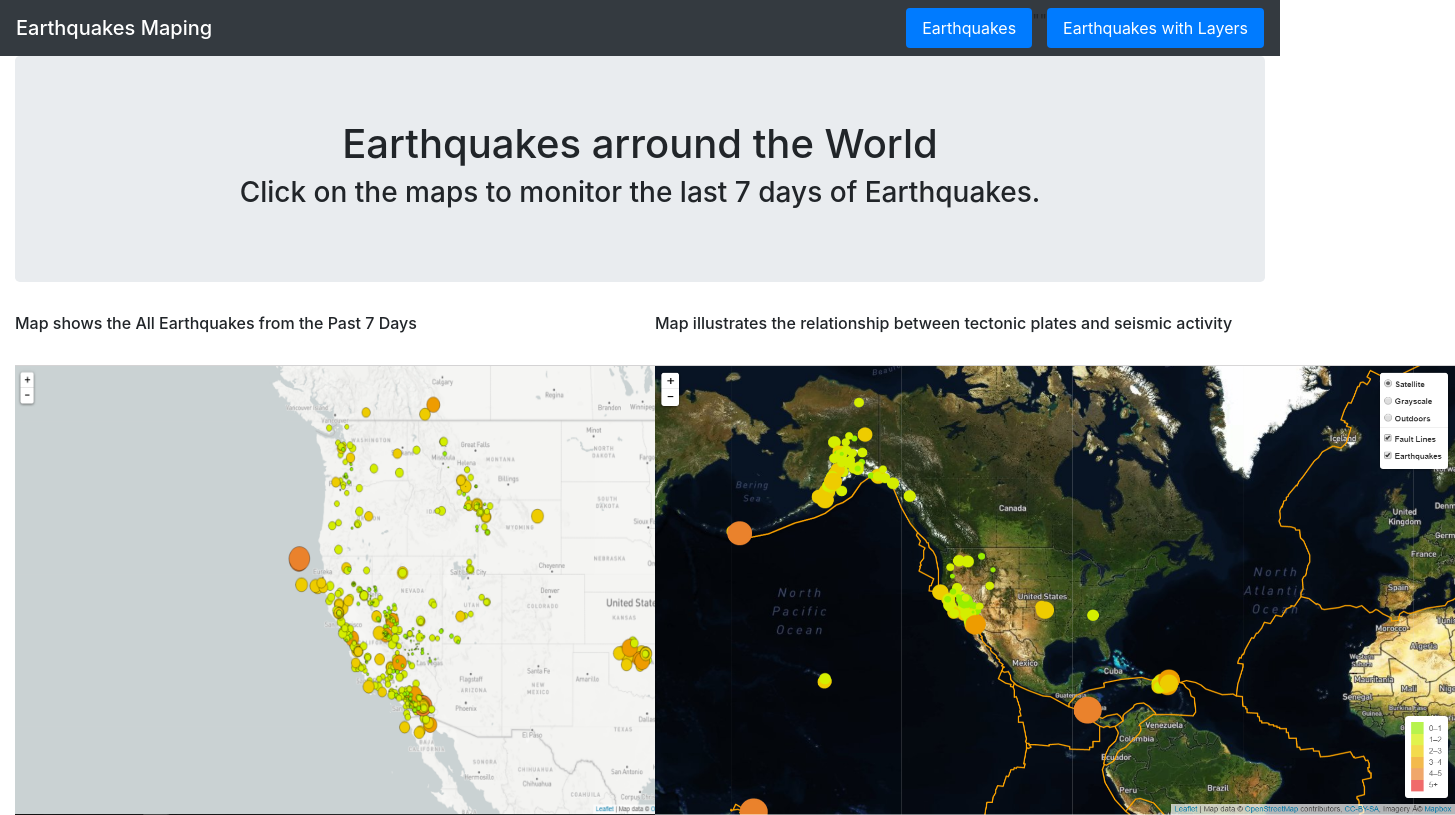
Repository: ermiasgelaye/leaflet-challenge
Page: index.html
An editor plug-in stored every save of this project. The page is shown before and after a run of saves, followed by the edit.
The browser window is 1280 px wide. The page is 1455 px wide, so the pictures cover 1455 px, including what lies to the right of the window. The pictures show the whole page.

Above is the page before, as saved 2020-09-18 22:40:40.

### index.html
<!DOCTYPE html>
<html lang="en">

<head>
    <meta charset="UTF-8" />
    <meta name="viewport" content="width=device-width, initial-scale=1.0" />
    <meta http-equiv="X-UA-Compatible" content="ie=edge" />
    <title>Earthquakes Challenge</title>
    <link rel="stylesheet" href="https://stackpath.bootstrapcdn.com/bootstrap/4.3.1/css/bootstrap.min.css" integrity="sha384-ggOyR0iXCbMQv3Xipma34MD+dH/1fQ784/j6cY/iJTQUOhcWr7x9JvoRxT2MZw1T" crossorigin="anonymous" />

    <!-- jQuery library -->
    <script src="https://ajax.googleapis.com/ajax/libs/jquery/3.4.1/jquery.min.js"></script>
    <link rel="stylesheet" type="text/css" href="static/css/style.css" />
    <!-- Latest compiled JavaScript -->
    <script src="https://maxcdn.bootstrapcdn.com/bootstrap/4.3.1/js/bootstrap.min.js"></script>
</head>

<body>
    <nav class="navbar navbar-dark bg-dark size_hide">
        <a href="index.html"><span class="navbar-brand mb-0 h1 back_color"
          >Earthquakes Maping</span
        ></a
      >

      <ul class="nav nav-pills">
        <li class="nav-item">
          <a class="nav-link active" href="Leaflet-Step-1/step-1.html"
            >Earthquakes</a>
        </li>
        <a>""</a>
        <li class="nav-item">
          <a class="nav-link active" href="Leaflet-Step-2/step-2.html"
            >Earthquakes with Layers</a
          >
        </li>
      </ul>
    </nav>
    <div  class="container-fluid">
      <div class="jumbotron text-center">

        <h1>Earthquakes arround the World</h1>
        <h3>
          Click on the maps to monitor the last 7 days of Earthquakes.
        </h3>
      </div>
      <div class="row">
        <div class="col-lg-6">
          <h6>Map shows the All Earthquakes from the Past 7 Days</h6>
          <br />
          <a href="Leaflet-Step-1/step-1.html"
            ><img
              src="images/2-BasicMap.png"
              alt="Mapping without Layers"
              width="800"
              height="450"
          /></a>
        </div>
        <div class="col-lg-6">
            <h6>
                Map illustrates the relationship between tectonic plates and seismic activity
            </h6>
            <br />
            <a href="Leaflet-Step-2/step-2.html">
                <img src="images/5-Advanced.png" alt="Mapping with Layers" width="800" height="450" /></a>
        </div>
        </div>
        </div>
</body>

</html>

Loaded but not shown: static/css/style.css (common file)

After the next 2 saves:
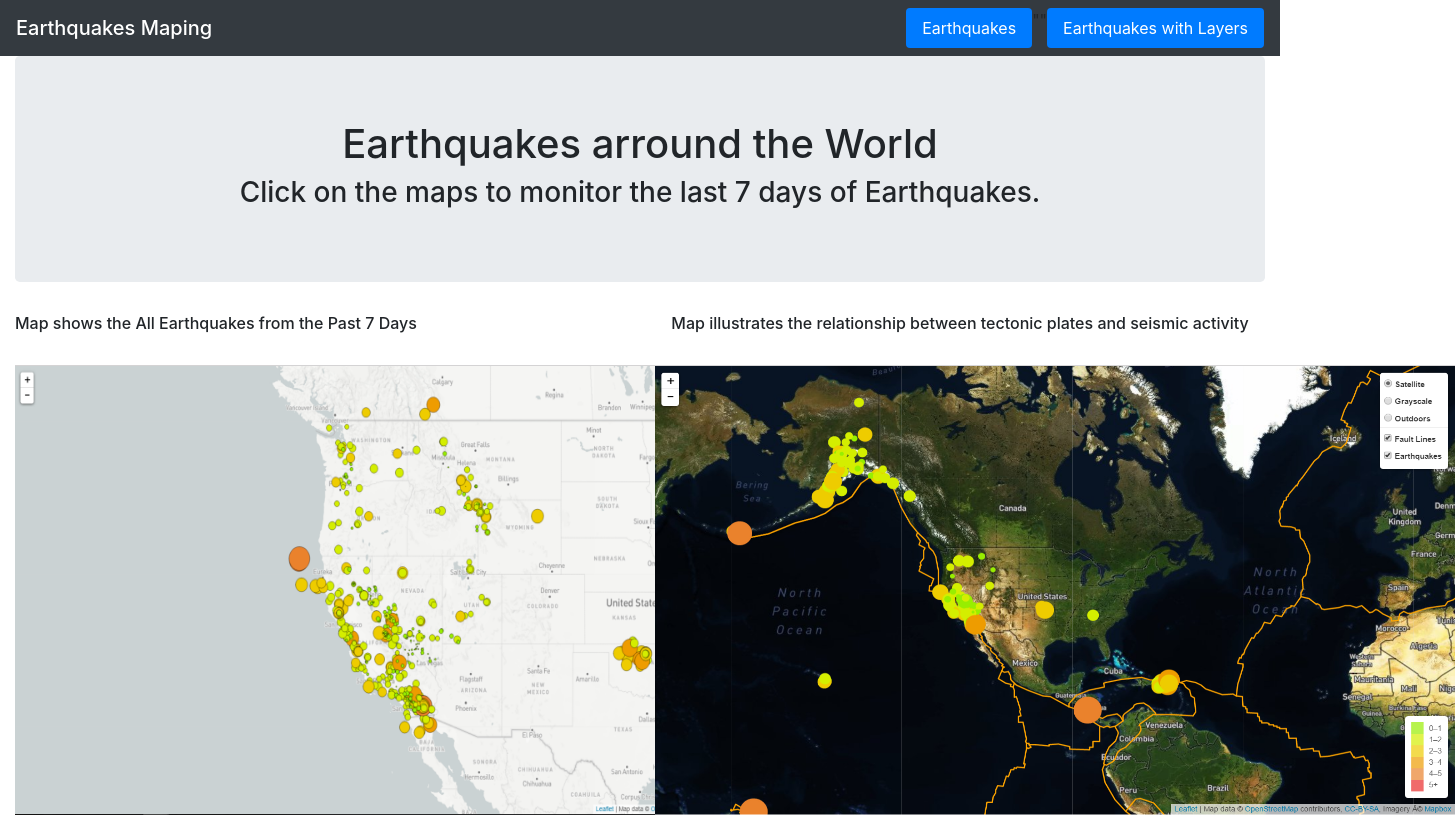
The 2 saves are shown as one change because they came seconds apart.
The last was saved 61 s later.
--- a/index.html
+++ b/index.html
@@ -56,7 +56,7 @@
           /></a>
         </div>
         <div class="col-lg-6">
-            <h6>
+            <h6 style="text-align:center;">
                 Map illustrates the relationship between tectonic plates and seismic activity
             </h6>
             <br />
